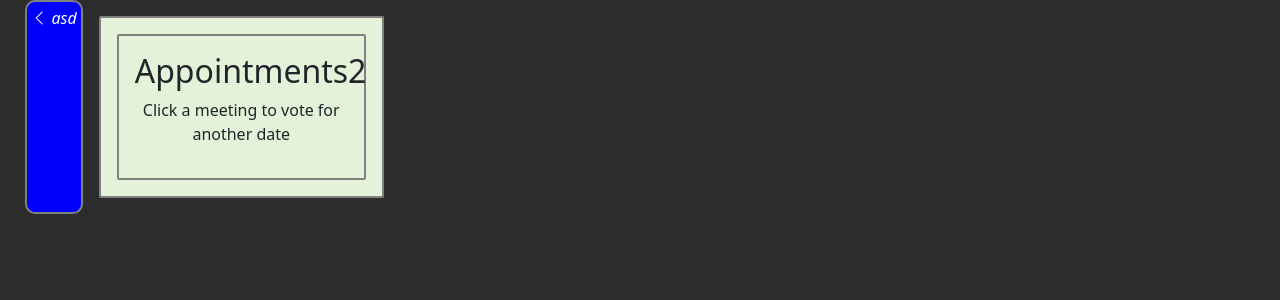
Repository: wlichon/Semesterprojekt
Page: index.html
These files come from the project's save history. The page is drawn as it stood at one moment and after a run of saves; the edit follows.
The browser window is 1280 px wide. The pictures show the whole page.
The page's requests for data from a server got no answer. Some web libraries are served in a nearby version.

Above is the page before, as saved 2022-04-22 17:51:17.

After the next 4 saves:
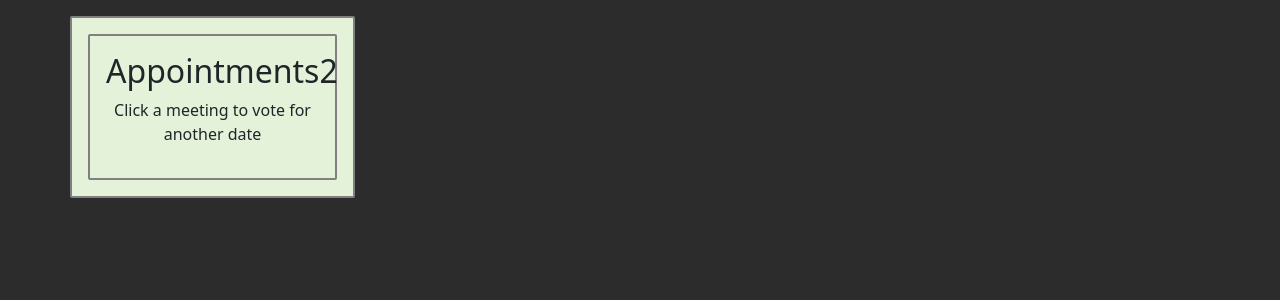
The 4 saves are shown as one change because they came seconds apart.
The last was saved 13 s later.
--- a/index.html
+++ b/index.html
@@ -16,7 +16,7 @@
     <title>Appointment Finder</title>
 </head>
 <body class="d-flex justify-content-center">
-    <div class='btn btn-primary col-auto p-1' id='lslide'> <i class='bi bi-chevron-left'> asd</i></div>
+
       <div class="container m-3 d-flex justify-content-center">
             <div class="events row flex-grow-1" id="events">
                 <div class="col-md-3 d-flex justify-content-between" style="flex-direction: column">
